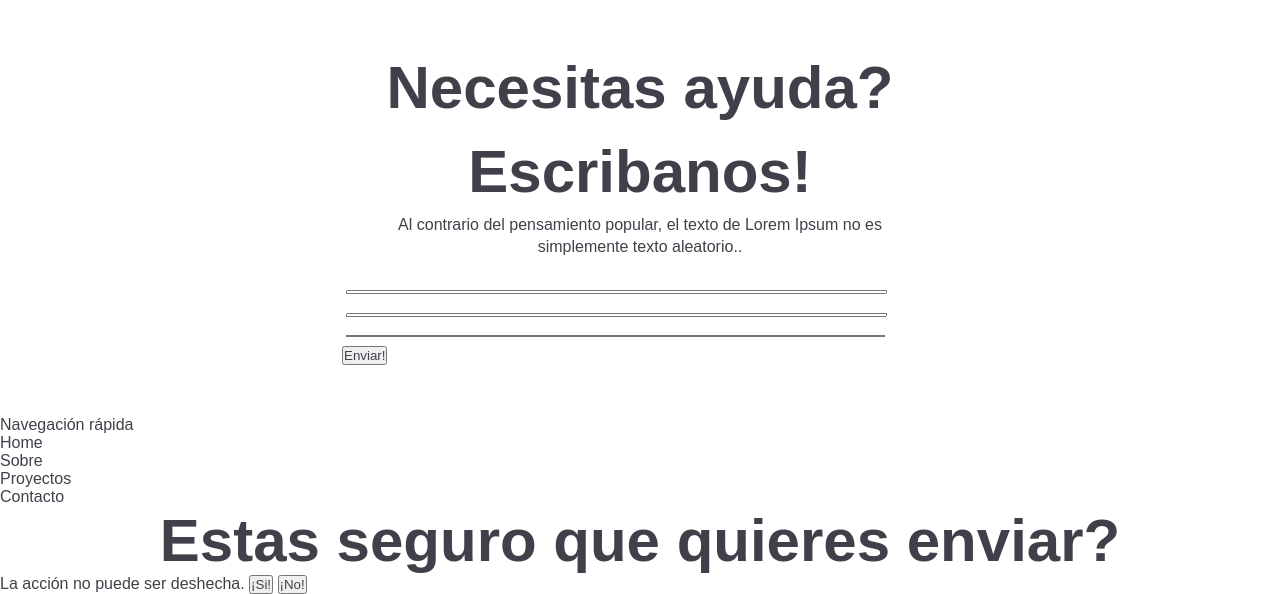
Repository: robsonmarkes/accesibilidad
Page: index.html
The author's editor kept a copy of each file at every save. The page is drawn from the files as they stood at one save, then again after the next save.
The browser window is 1280 px wide. The pictures show the part of the page from y = 1369 to 2099 px (the page is 1963 px tall before and 2099 px after).
A picture or video elsewhere on the page could not be fetched, so the positions and the page height are approximate.

Above is the page before, as saved 2022-10-11 10:55:08.

After the next save:
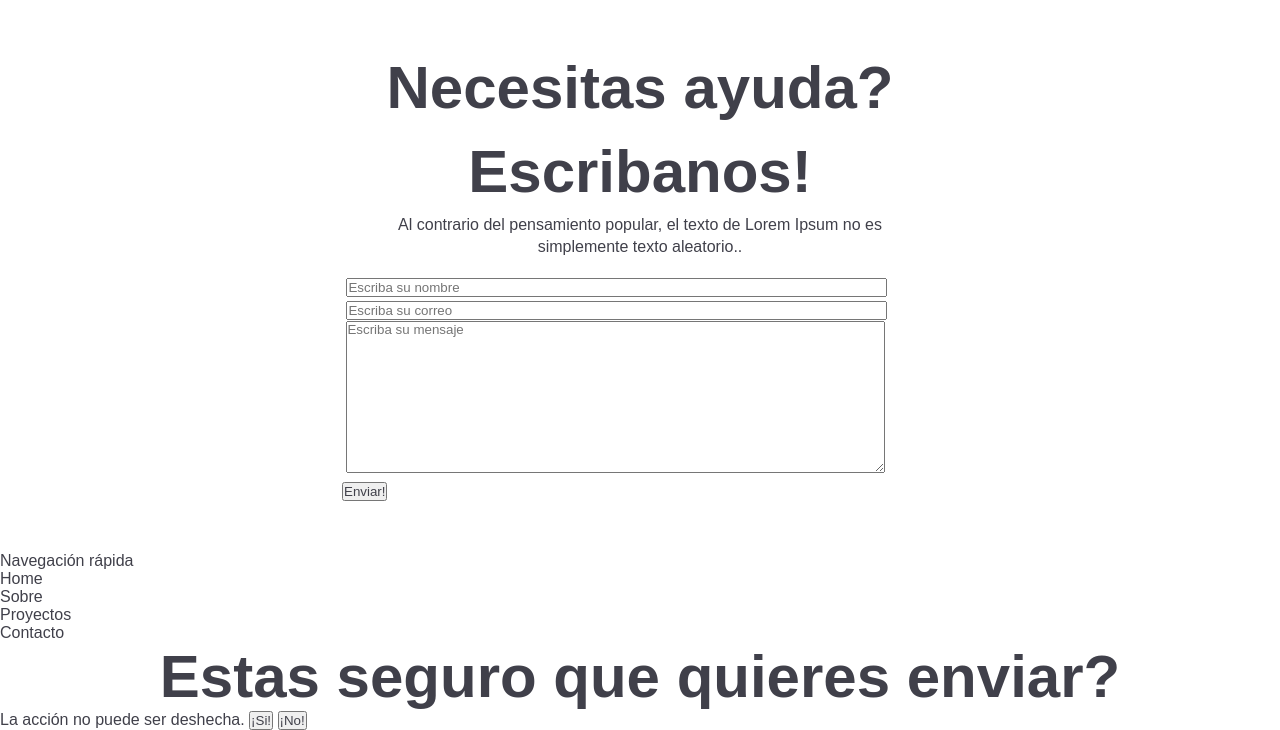
Saved 7 s later.
--- a/style.css
+++ b/style.css
@@ -145,5 +145,5 @@ body a:hover {
 
 .wrap .content .article form .form-group input, .wrap .content .article form .form-group textarea {
     width: 90%;
-    font-size: 0px;
+
 }
